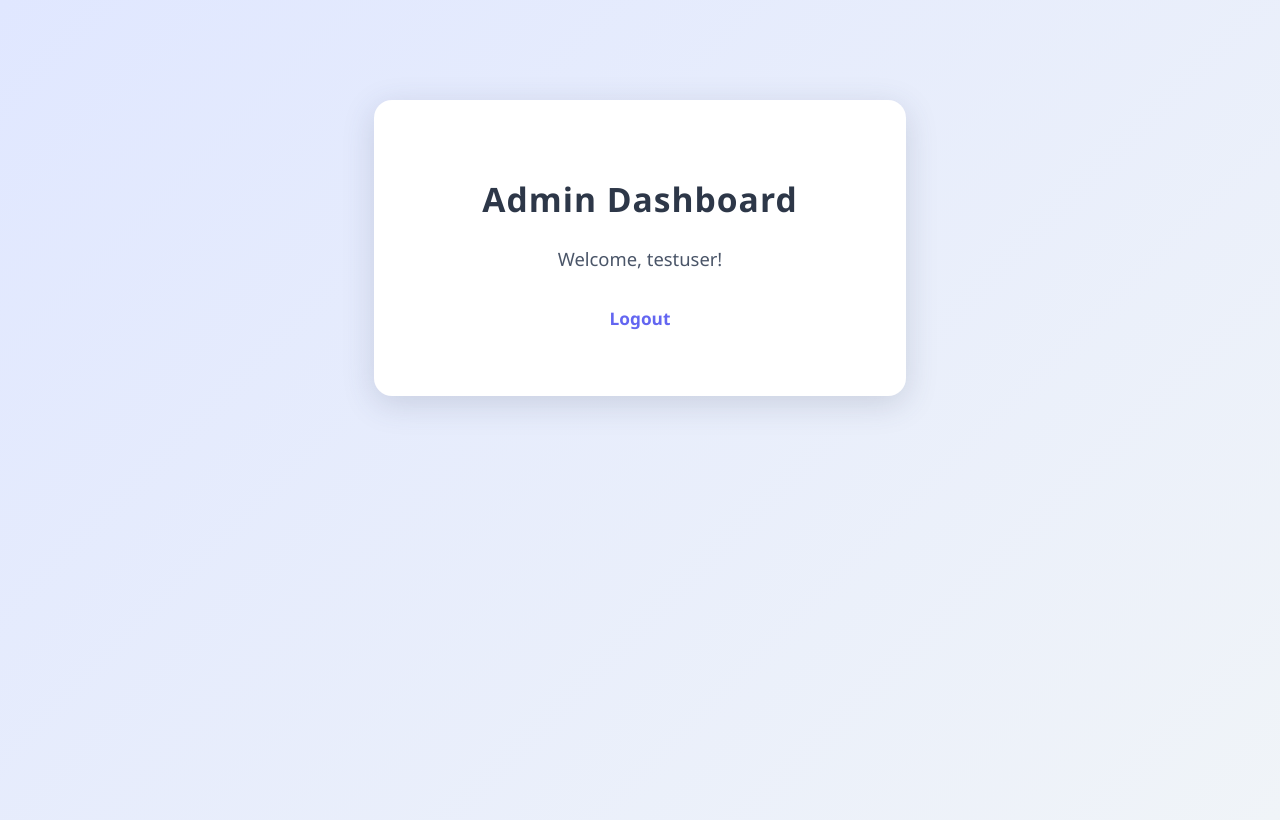
Repository: lowluds/auth-flask
Page: http://localhost/dashboard
The author's editor kept a copy of each file at every save. The page is drawn from the files as they stood at one save, then again after the next save.
The browser window is 1280 px wide. The pictures show the whole page.
The page is served by the project's application, run on Flask 3 (login.py). The session is filled in as if someone had signed in: {"username": "testuser", "group": 1}.

Above is the page before, as saved 2025-06-27 21:11:44.

### templates/dashboard.html
<!DOCTYPE html>
<html lang="en">
<head>
    <meta charset="UTF-8">
    <meta name="viewport" content="width=device-width, initial-scale=1.0">
    <title>Admin Dashboard</title>
    <link rel="stylesheet" href="{{ url_for('static', filename='style.css') }}">
</head>
<body>
    <div class="dashboard-container">
        <h2>Admin Dashboard</h2>
        <p>Welcome, {{ session['username'] }}!</p>
        <ul>
            <li><a href="/logout">Logout</a></li>
        </ul>
    </div>
</body>
</html>

### login.py
from flask import Flask, render_template, request, redirect, url_for, session
from werkzeug.security import check_password_hash
import json

app = Flask (__name__)
app.secret_key = '123abc456'  # Change this to a secure random value

@app.route('/')
def home():
    return redirect(url_for('login'))

@app.route('/login', methods=['GET', 'POST'])
def login():
    if request.method == 'POST':
        # Get form input
        username = request.form['username']
        password = request.form['password']

        # Load users from JSON
        with open('userDB.json', 'r') as file:
            data = json.load(file)

        # Look for user
        for user in data['users']:
            if user['username'] == username:
                # Check hashed password
                if check_password_hash(user['password'], password):
                    session['username'] = username
                    session['group'] = user['group']
                    # Redirect based on group
                    if user['group'] == 'admin':
                        return redirect(url_for('admin'))
                    else:
                        return redirect(url_for('dashboard'))
                else:
                    return "Incorrect password"

        return "User not found"

    return render_template('login.html')

@app.route('/dashboard')
def dashboard():
    # Check if user is logged in
    if 'username' in session:
        return render_template('dashboard.html')
    else:
        return redirect(url_for('login'))

@app.route('/admin')
def admin():
    if 'username' in session:
        if session.get('group') == 'admin':
            return render_template('admin.html')
        else:
            return "You are logged in, but not authorized to view this page"
    else:
        return redirect(url_for('login'))

@app.route('/logout')
def logout():
    session.pop('username', None)
    return redirect(url_for('login'))

if __name__ == '__main__':
    app.run(debug=True)

### static/style.css
body {
    background: linear-gradient(135deg, #e0e7ff 0%, #f0f4f8 100%);
    font-family: 'Segoe UI', Arial, sans-serif;
    margin: 0;
    min-height: 100vh;
}
.login-container {
    background: #fff;
    padding: 30px 40px;
    margin: 100px auto;
    width: 300px;
    border-radius: 8px;
    box-shadow: 0 2px 8px rgba(0,0,0,0.1);
    text-align: center;
}
.login-container h2 {
    margin-bottom: 20px;
}
.login-container input[type="text"],
.login-container input[type="password"] {
    width: 90%;
    padding: 10px;
    margin: 10px 0;
    border: 1px solid #ccc;
    border-radius: 4px;
}
.login-container button {
    width: 100%;
    padding: 10px;
    background: #007bff;
    color: #fff;
    border: none;
    border-radius: 4px;
    font-size: 16px;
    cursor: pointer;
}
.login-container button:hover {
    background: #0056b3;
}
.login-container a {
    color: #007bff;
    text-decoration: none;
}
.login-container a:hover {
    text-decoration: underline;
}
.dashboard-container, .admin-dashboard-container {
    background: #fff;
    padding: 48px 56px;
    margin: 100px auto;
    width: 420px;
    border-radius: 18px;
    box-shadow: 0 8px 32px rgba(60, 72, 100, 0.18);
    text-align: center;
    transition: box-shadow 0.2s;
}
.dashboard-container:hover, .admin-dashboard-container:hover {
    box-shadow: 0 12px 40px rgba(60, 72, 100, 0.22);
}
.dashboard-container h2, .admin-dashboard-container h2 {
    margin-bottom: 24px;
    color: #2d3748;
    font-size: 2.1rem;
    letter-spacing: 1px;
}
.dashboard-container p, .admin-dashboard-container p {
    font-size: 1.15rem;
    color: #4a5568;
}
.dashboard-container ul, .admin-dashboard-container ul {
    list-style: none;
    padding: 0;
    margin-top: 36px;
}
.dashboard-container li, .admin-dashboard-container li {
    margin: 18px 0;
}
.dashboard-container a, .admin-dashboard-container a {
    color: #6366f1;
    text-decoration: none;
    font-weight: 600;
    font-size: 1.08rem;
    border-bottom: 1px solid transparent;
    transition: color 0.2s, border-bottom 0.2s;
}
.dashboard-container a:hover, .admin-dashboard-container a:hover {
    color: #4338ca;
    border-bottom: 1px solid #4338ca;
}
@media (max-width: 600px) {
    .dashboard-container, .admin-dashboard-container {
        width: 95vw;
        padding: 24px 8px;
    }
}

After the next save:
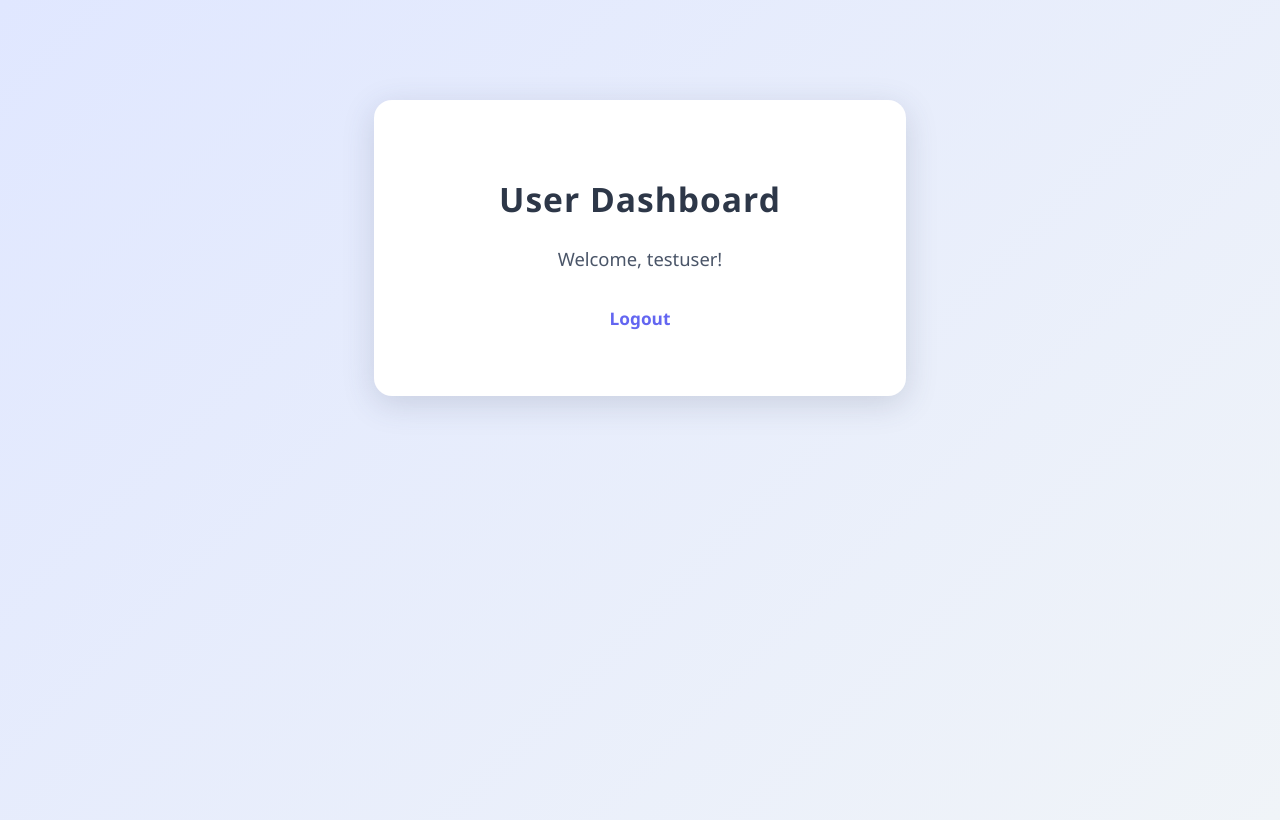
Saved 5 s later.
--- a/templates/dashboard.html
+++ b/templates/dashboard.html
@@ -3,14 +3,17 @@
 <head>
     <meta charset="UTF-8">
     <meta name="viewport" content="width=device-width, initial-scale=1.0">
-    <title>Admin Dashboard</title>
+    <title>Dashboard</title>
     <link rel="stylesheet" href="{{ url_for('static', filename='style.css') }}">
 </head>
 <body>
     <div class="dashboard-container">
-        <h2>Admin Dashboard</h2>
+        <h2>User Dashboard</h2>
         <p>Welcome, {{ session['username'] }}!</p>
         <ul>
+            {% if session.get('group') == 'admin' %}
+            <li><a href="/admin">Go to Admin Dashboard</a></li>
+            {% endif %}
             <li><a href="/logout">Logout</a></li>
         </ul>
     </div>
